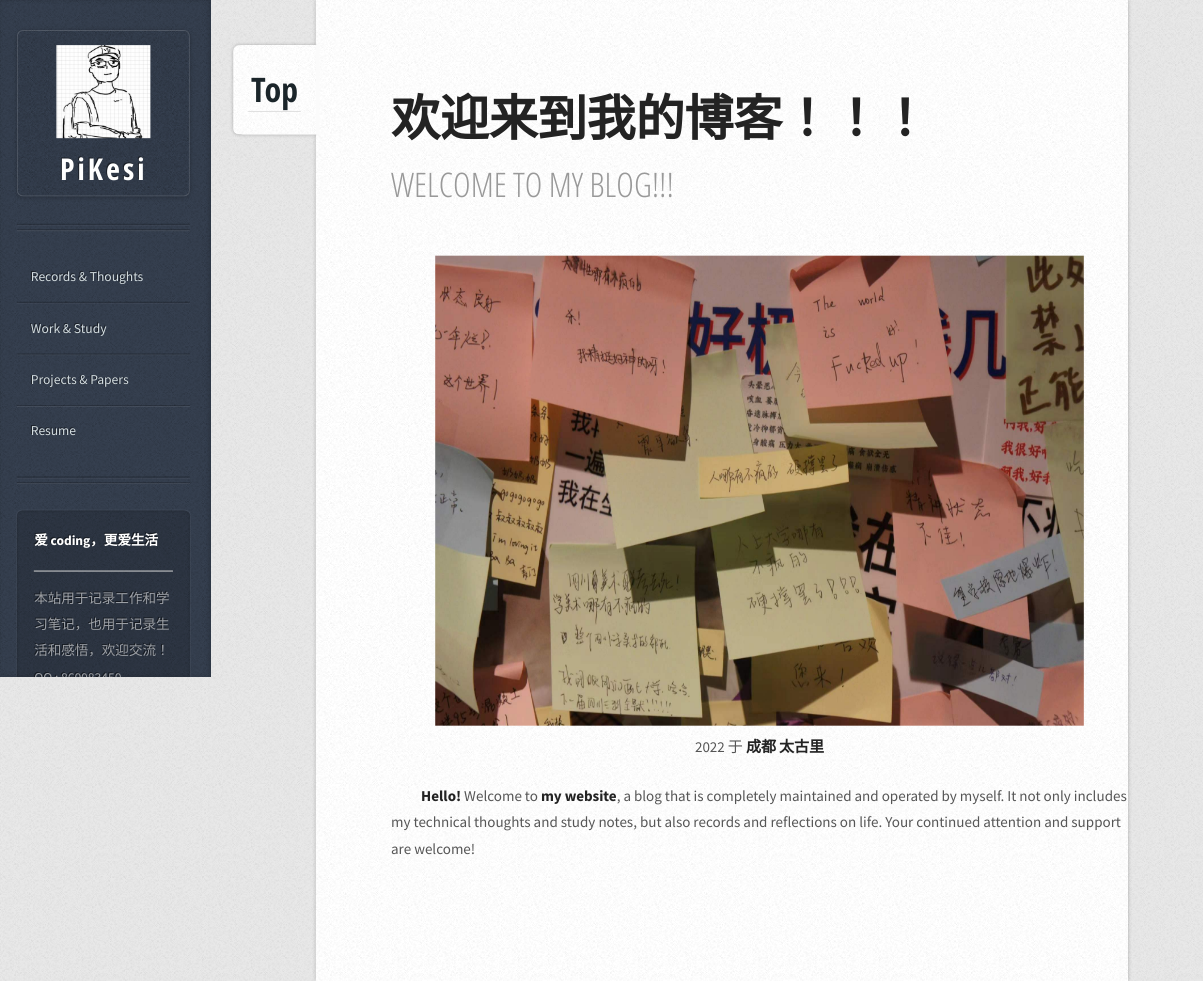
Repository: PiKesi522/PiKesi522.github.io
Page: index.html
The author's editor kept a copy of each file at every save. The page is drawn from the files as they stood at one save, then again after the next save.
The browser window is 1280 px wide. The pictures show the whole page, at 94% of full size.

Above is the page before, as saved 2023-04-11 11:40:02.

After the next save:
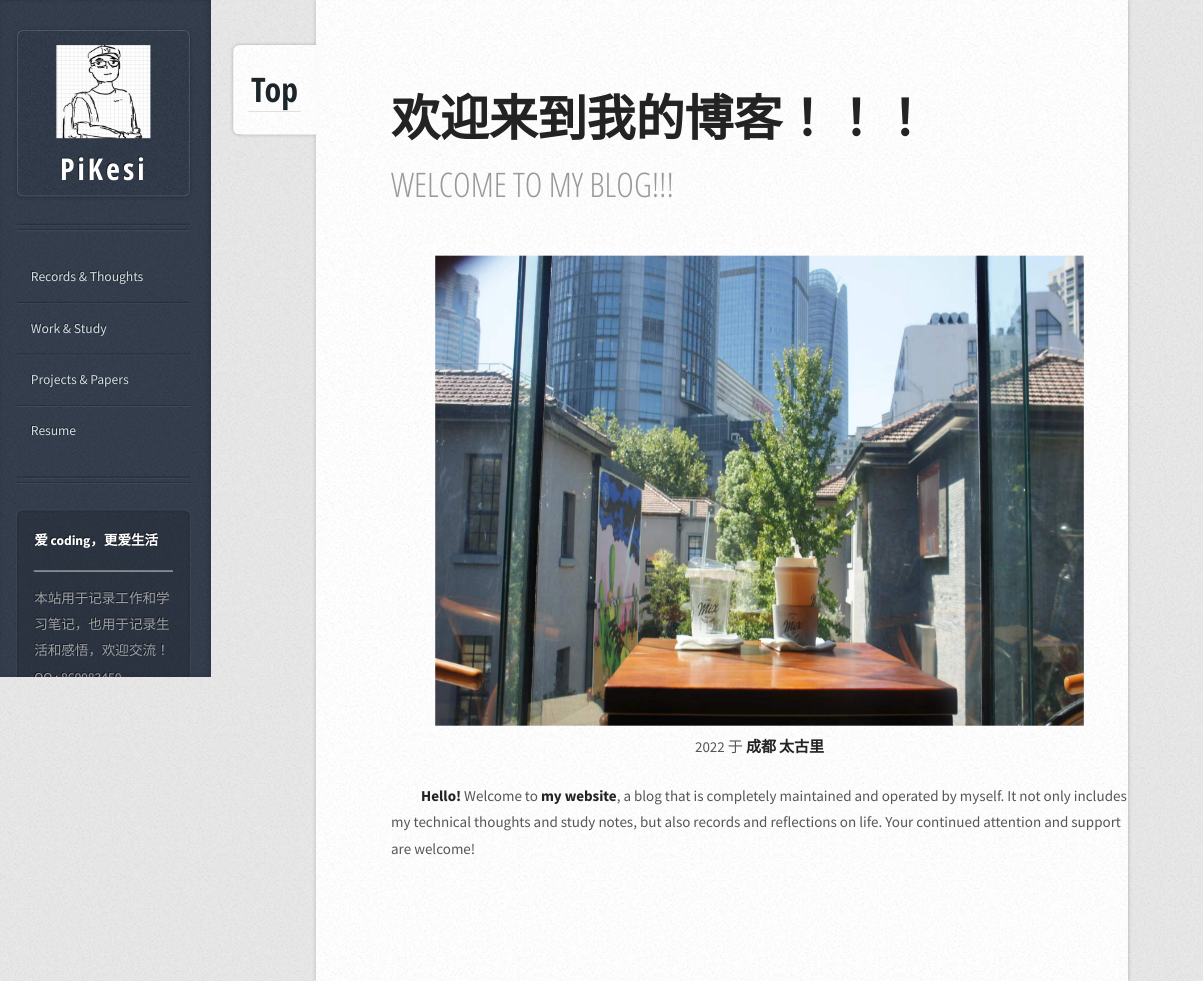
Saved 105 s later.
--- a/index.html
+++ b/index.html
@@ -45,7 +45,7 @@
 
 				</div>
 				<a class="image featured">
-					<img width="1000px" height="500px" src="markdown/Life/head.jpg" alt="" />
+					<img width="1000px" height="500px" src="markdown/MainPage/head.jpg" alt="" />
 				</a>
 				<div style="text-align: center; margin: 0 0 1.5em 0;">2022 于 <strong>成都 太古里</strong></div>
 				<div style=" text-indent:2em">
